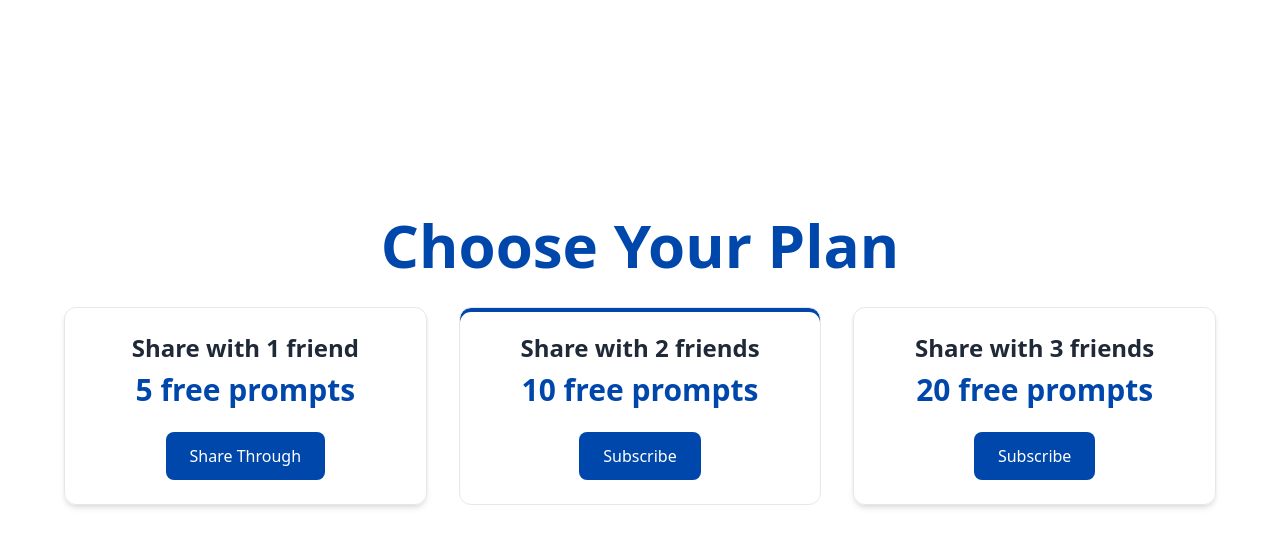
Repository: AvivGranot/IZZY
Page: public/share.html
The author's editor kept a copy of each file at every save. The page is drawn from the files as they stood at one save, then again after the next save.
The browser window is 1280 px wide. The pictures show the whole page.
Some web libraries are served in a nearby version.

Above is the page before, as saved 2025-04-10 20:26:00.

After the next save:
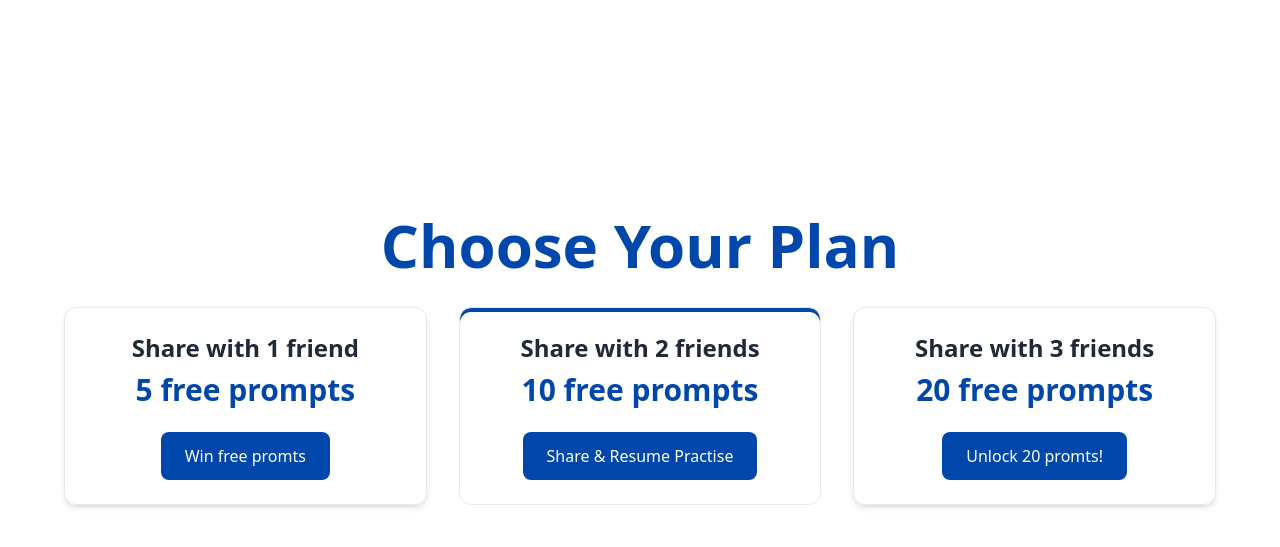
Saved 106 s later.
--- a/public/share.html
+++ b/public/share.html
@@ -71,7 +71,7 @@
         <p class="text-3xl font-bold text-[#0047AB] mb-4">5 free prompts</p>
         <ul class="text-left mb-6 space-y-2">
           </ul>
-        <a href="#" class="inline-block bg-[#0047AB] text-white font-medium py-3 px-6 rounded-lg hover:bg-blue-800">Share Through</a>
+        <a href="#" class="inline-block bg-[#0047AB] text-white font-medium py-3 px-6 rounded-lg hover:bg-blue-800">Win free promts</a>
       </div>
 
       <!-- Share with 2 friend -->
@@ -80,7 +80,7 @@
         <p class="text-3xl font-bold text-[#0047AB] mb-4">10 free prompts</p>
         <ul class="text-left mb-6 space-y-2">
           </ul>
-        <a href="https://buy.stripe.com/test_dR6aHO9PM10AcR60oo" target="_blank" class="inline-block bg-[#0047AB] text-white font-medium py-3 px-6 rounded-lg hover:bg-blue-800">Subscribe</a>
+        <a href="https://buy.stripe.com/test_dR6aHO9PM10AcR60oo" target="_blank" class="inline-block bg-[#0047AB] text-white font-medium py-3 px-6 rounded-lg hover:bg-blue-800">Share & Resume Practise</a>
       </div>
 
       <!-- Share with 3 friend  -->
@@ -89,7 +89,7 @@
         <p class="text-3xl font-bold text-[#0047AB] mb-4">20 free prompts</p>
         <ul class="text-left mb-6 space-y-2">
           </ul>
-        <a href="https://buy.stripe.com/test_6oE3cO9PM2h66qU4gg" target="_blank" class="inline-block bg-[#0047AB] text-white font-medium py-3 px-6 rounded-lg hover:bg-blue-800">Subscribe</a>
+        <a href="https://buy.stripe.com/test_6oE3cO9PM2h66qU4gg" target="_blank" class="inline-block bg-[#0047AB] text-white font-medium py-3 px-6 rounded-lg hover:bg-blue-800">Unlock 20 promts!</a>
       </div>
 
     </div>
